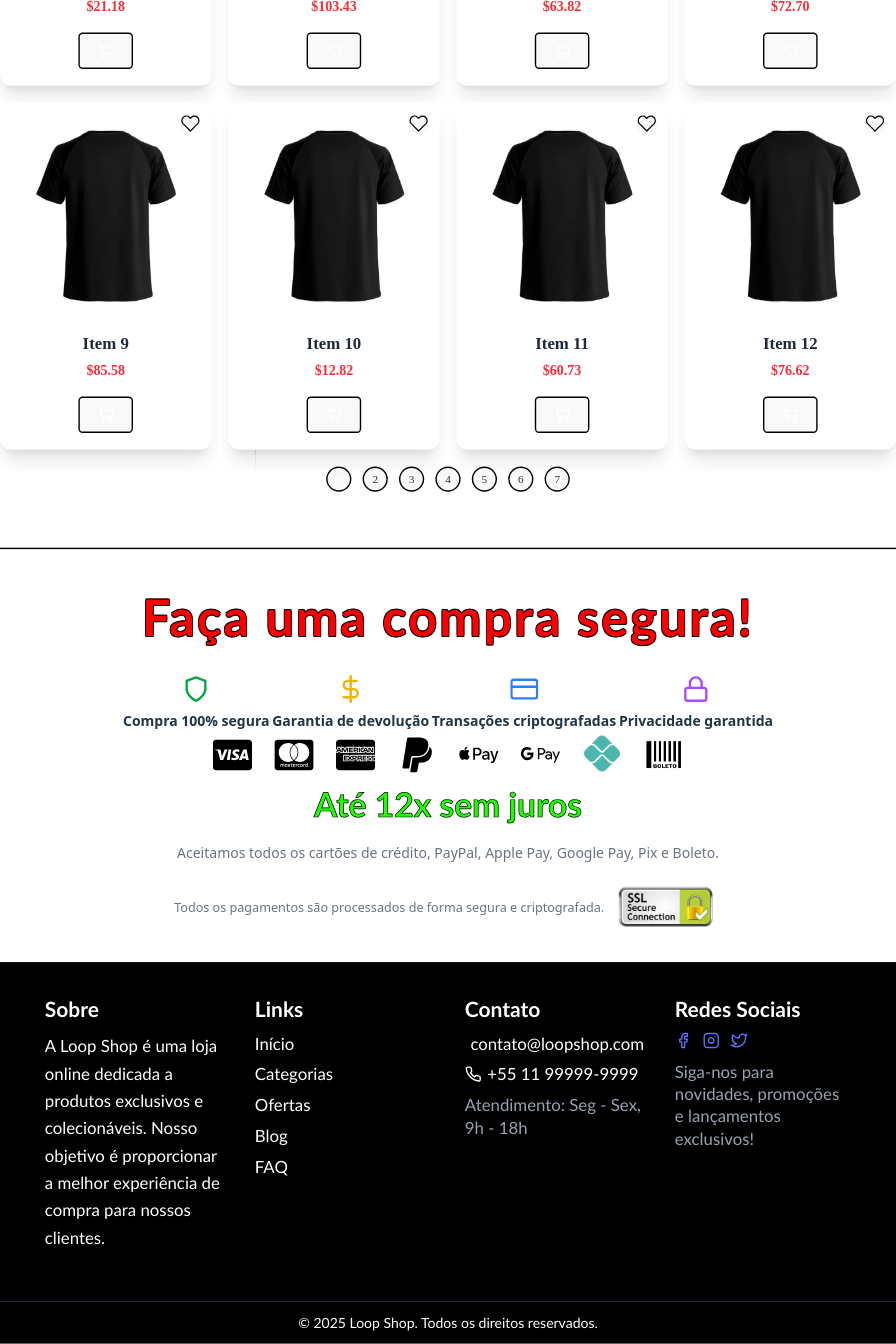
Repository: Kevin-Pro-Codes/looping-e-commerce
Page: / (app in loop-client/)
An editor plug-in stored every save of this project. The page is shown before and after the next save, followed by the edit.
The browser window is 1280 px wide. The pictures show the part of the page from y = 1408 to 3328 px (the page is 3328 px tall), at 70% of full size.
The project was rebuilt for these pictures with package versions that can differ from the ones it lists, and the page was loaded fresh each time. Also part of the build but not shown: loop-client/vite.config.js.

Above is the page before, as saved 2025-10-02 19:12:06.

After the next save:
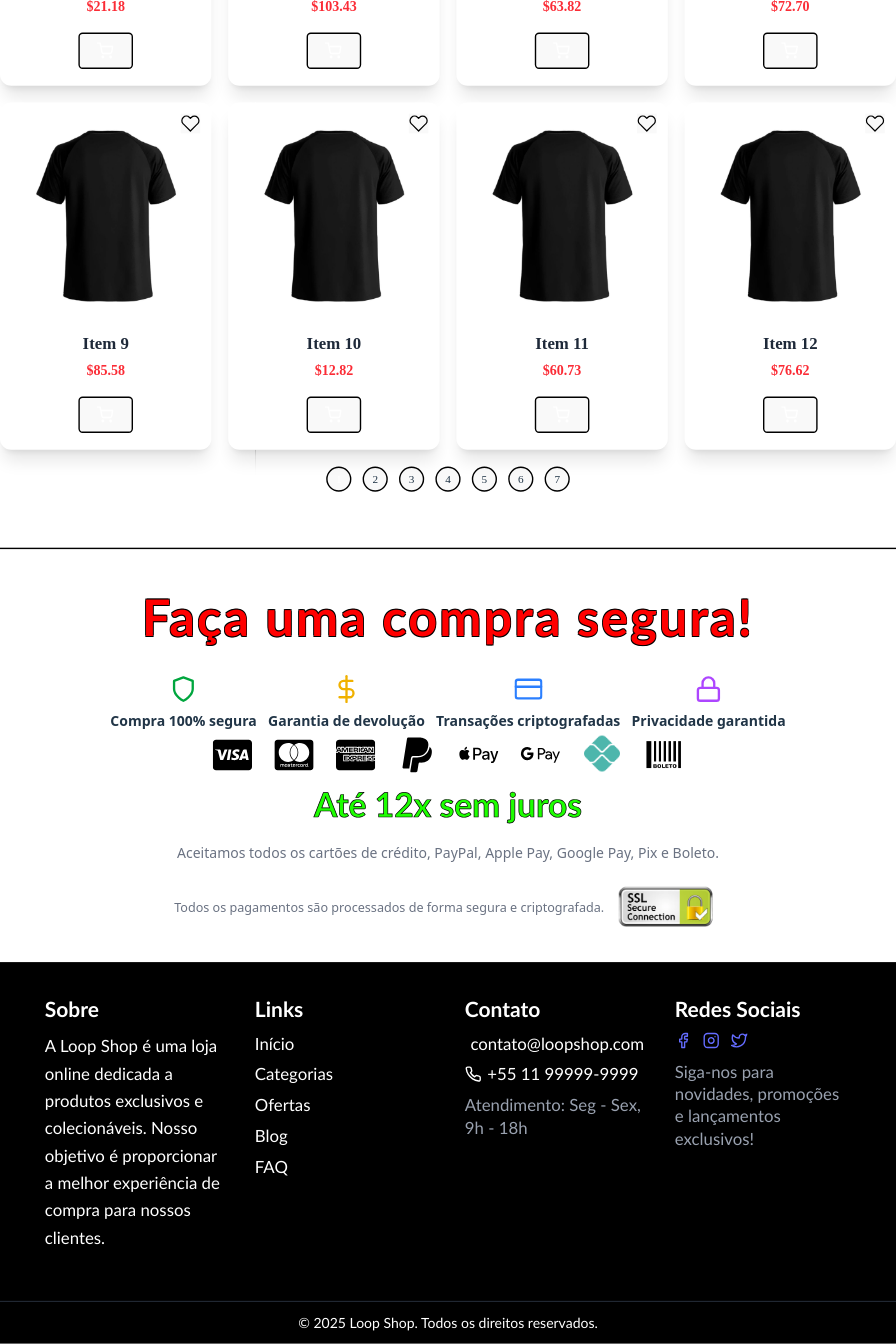
Saved 19 s later.
--- a/loop-client/src/components/Pagamento.jsx
+++ b/loop-client/src/components/Pagamento.jsx
@@ -41,7 +41,7 @@
 
 
         {/* Selos de segurança */}
-        <div className="flex  md:flex-row items-center justify-center gap-1 mb-1 text-center">
+        <div className="flex flex-row items-center justify-center gap-4 mb-1 text-center">
           <div className="flex flex-col items-center gap-3">
             <FiShield size={40} className="text-green-600" />
             <p className="text-xl font-semibold">Compra 100% segura</p>

After the 2 saves that followed:
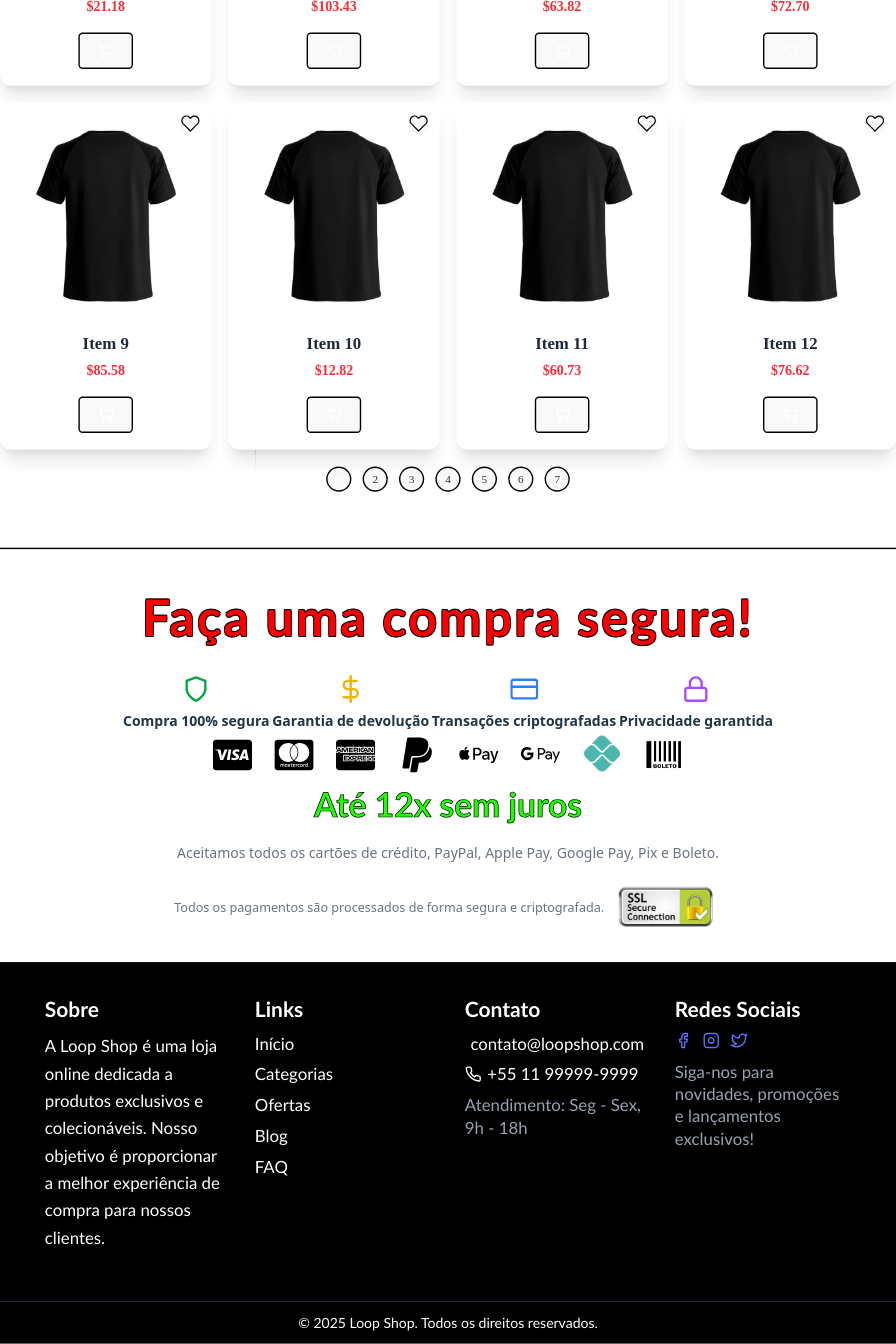
The 2 saves are shown as one change because they came seconds apart.
The last was saved 14 s later.
--- a/loop-client/src/components/Pagamento.jsx
+++ b/loop-client/src/components/Pagamento.jsx
@@ -41,7 +41,7 @@
 
 
         {/* Selos de segurança */}
-        <div className="flex flex-row items-center justify-center gap-4 mb-1 text-center">
+        <div className="flex flex-col md:flex-row items-center justify-center gap-1 mb-1 text-center">
           <div className="flex flex-col items-center gap-3">
             <FiShield size={40} className="text-green-600" />
             <p className="text-xl font-semibold">Compra 100% segura</p>
